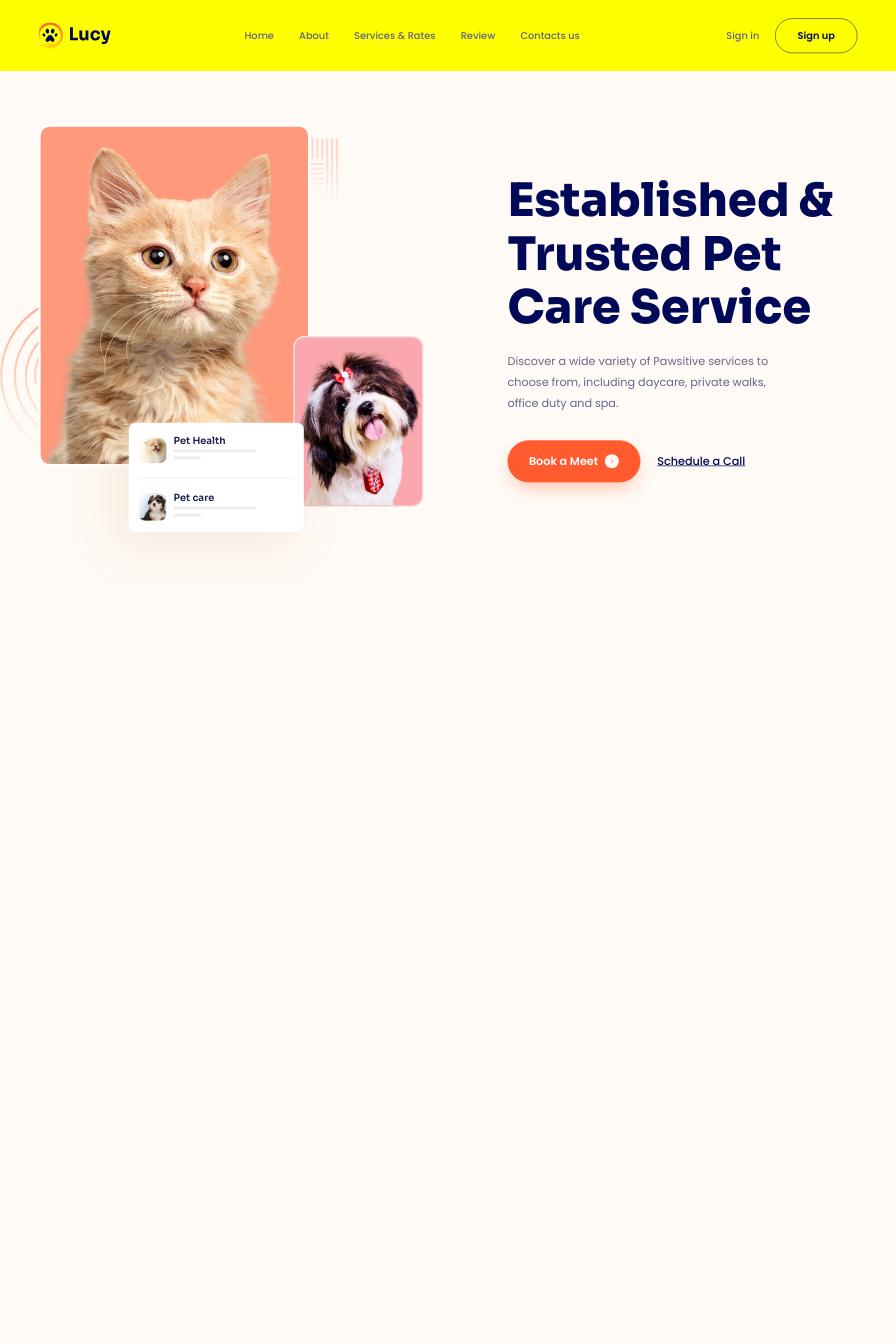
Repository: anhtien111198/f8-htmlcss-04
Page: index.html
The author's editor kept a copy of each file at every save. The page is drawn from the files as they stood at one save, then again after the next save.
The browser window is 1280 px wide. The pictures show the part of the page from y = 0 to 1920 px (the page is 5000 px tall), at 70% of full size.

Above is the page before, as saved 2023-05-17 12:25:34.

### index.html
<!DOCTYPE html>
<html lang="en">
    <head>
        <meta charset="UTF-8" />
        <meta http-equiv="X-UA-Compatible" content="IE=edge" />
        <meta name="viewport" content="width=device-width, initial-scale=1.0" />
        <title>Lucy - Established &amp Trusted Pet Care Service</title>
        <!-- favicon -->
        <link
            rel="apple-touch-icon"
            sizes="57x57"
            href="./assets/favicon/apple-icon-57x57.png"
        />
        <link
            rel="apple-touch-icon"
            sizes="60x60"
            href="./assets/favicon/apple-icon-60x60.png"
        />
        <link
            rel="apple-touch-icon"
            sizes="72x72"
            href="./assets/favicon/apple-icon-72x72.png"
        />
        <link
            rel="apple-touch-icon"
            sizes="76x76"
            href="./assets/favicon/apple-icon-76x76.png"
        />
        <link
            rel="apple-touch-icon"
            sizes="114x114"
            href="./assets/favicon/apple-icon-114x114.png"
        />
        <link
            rel="apple-touch-icon"
            sizes="120x120"
            href="./assets/favicon/apple-icon-120x120.png"
        />
        <link
            rel="apple-touch-icon"
            sizes="144x144"
            href="./assets/favicon/apple-icon-144x144.png"
        />
        <link
            rel="apple-touch-icon"
            sizes="152x152"
            href="./assets/favicon/apple-icon-152x152.png"
        />
        <link
            rel="apple-touch-icon"
            sizes="180x180"
            href="./assets/favicon/apple-icon-180x180.png"
        />
        <link
            rel="icon"
            type="image/png"
            sizes="192x192"
            href="./assets/favicon/android-icon-192x192.png"
        />
        <link
            rel="icon"
            type="image/png"
            sizes="32x32"
            href="./assets/favicon/favicon-32x32.png"
        />
        <link
            rel="icon"
            type="image/png"
            sizes="96x96"
            href="./assets/favicon/favicon-96x96.png"
        />
        <link
            rel="icon"
            type="image/png"
            sizes="16x16"
            href="./assets/favicon/favicon-16x16.png"
        />
        <link rel="manifest" href="./assets/favicon/manifest.json" />
        <meta name="msapplication-TileColor" content="#ffffff" />
        <meta
            name="msapplication-TileImage"
            content="./assets/favicon/ms-icon-144x144.png"
        />
        <meta name="theme-color" content="#ffffff" />
        <!-- reset css-->
        <link rel="stylesheet" href="./assets/css/reset.css" />
        <!-- Embed font family-->
        <link rel="preconnect" href="https://fonts.googleapis.com" />
        <link rel="preconnect" href="https://fonts.gstatic.com" crossorigin />
        <link
            href="https://fonts.googleapis.com/css2?family=Poppins:wght@300;400;500;600&family=Sora:wght@400;500;600;700;800&display=swap"
            rel="stylesheet"
        />
        <!-- style css -->
        <link rel="stylesheet" href="./assets/css/style.css" />
    </head>
    <body style="height: 5000px">
        <!-- header -->
        <header class="header">
            <div class="container">
                <div class="header__inner">
                    <!-- logo -->
                    <img src="./assets/images/logo.svg" alt="" class="logo" />
                    <!-- navbar -->
                    <nav class="navbar">
                        <ul class="navbar__list">
                            <li class="navbar__item">
                                <a href="#!" class="navbar__link">Home</a>
                            </li>
                            <li class="navbar__item">
                                <a href="#!" class="navbar__link">About</a>
                            </li>
                            <li class="navbar__item">
                                <a href="#!" class="navbar__link">
                                    Services &amp Rates
                                </a>
                            </li>
                            <li class="navbar__item">
                                <a href="#!" class="navbar__link">Review</a>
                            </li>
                            <li class="navbar__item">
                                <a href="#!" class="navbar__link">
                                    Contacts us
                                </a>
                            </li>
                        </ul>
                    </nav>
                    <!-- header action -->
                    <div class="header-action">
                        <a href="#!" class="header-action__link">Sign in</a>
                        <a href="#!" class="header-action__btn btn">Sign up</a>
                    </div>
                </div>
            </div>
        </header>
        <!-- hero -->
        <section class="hero">
            <div class="container">
                <div class="hero__inner">
                    <!-- hero media -->
                    <div class="hero__media">
                        <div class="hero__img-wrap">
                            <img
                                src="./assets/images/pet-01.png"
                                alt=""
                                class="hero__img"
                            />
                            <!-- decorators -->
                            <img
                                src="./assets/images/decor-01.svg"
                                alt=""
                                class="hero__decor hero__decor-left"
                            />
                            <img
                                src="./assets/images/decor-02.svg"
                                alt=""
                                class="hero__decor hero__decor-right"
                            />
                        </div>
                        <div class="hero__img-wrap hero__img-wrap-small">
                            <img
                                src="./assets/images/pet-02.png"
                                alt=""
                                class="hero__img hero__img-small"
                            />
                        </div>
                        <div class="hero__list">
                            <section class="hero-list-item">
                                <img
                                    src="./assets/images/pet-03.png"
                                    alt=""
                                    class="hero-list-item__thumb"
                                />
                                <div class="hero-list-item__info">
                                    <p class="hero-list-item__title">
                                        Pet Health
                                    </p>
                                    <div class="hero-list-item__skeleton"></div>
                                    <div class="hero-list-item__skeleton"></div>
                                </div>
                            </section>
                            <div class="hero-list-item__separate"></div>
                            <section class="hero-list-item">
                                <img
                                    src="./assets/images/pet-04.png"
                                    alt=""
                                    class="hero-list-item__thumb"
                                />
                                <div class="hero-list-item__info">
                                    <p class="hero-list-item__title">
                                        Pet care
                                    </p>
                                    <div class="hero-list-item__skeleton"></div>
                                    <div class="hero-list-item__skeleton"></div>
                                </div>
                            </section>
                        </div>
                    </div>
                    <!-- hero content -->
                    <section class="hero__content">
                        <h1 class="hero__heading">
                            Established &amp Trusted Pet Care Service
                        </h1>
                        <p class="hero__desc">
                            Discover a wide variety of Pawsitive services to
                            choose from, including daycare, private walks,
                            office duty and spa.
                        </p>
                        <div class="hero__row">
                            <a href="#!" class="btn btn--primary hero__cta-btn">
                                Book a Meet
                                <span class="btn__icon">
                                    <svg
                                        width="5"
                                        height="6"
                                        viewBox="0 0 5 6"
                                        fill="none"
                                        xmlns="http://www.w3.org/2000/svg"
                                    >
                                        <path
                                            d="M1.48584 0.5L3.98584 3L1.48584 5.5"
                                            stroke="#FD5056"
                                            stroke-linecap="round"
                                            stroke-linejoin="round"
                                        />
                                    </svg>
                                </span>
                            </a>
                            <a href="#!" class="hero__cta-link">
                                Schedule a Call
                            </a>
                        </div>
                    </section>
                </div>
            </div>
        </section>
    </body>
</html>

### assets/css/style.css
* {
    box-sizing: border-box;
}
:root {
    --primary-color: #ff5b2e;
}
html {
    font-size: 62.5%;
}
body {
    font-size: 1.6rem;
    font-family: "Poppins", sans-serif;
    background: #fffaf5;
}
/* ======================Common=================== */
a {
    text-decoration: none;
}
h1,
h2,
h3,
h4,
h5,
h6 {
    font-family: "Sora", sans-serif;
}
input,
textarea,
button,
select {
    font-size: inherit;
    font-family: inherit;
}
.container {
    width: 1170px;
    max-width: calc(100% - 48px);
    margin: 0 auto;
}
.btn {
    --height: 56px;
    display: inline-flex;
    align-items: center;
    justify-content: center;
    min-width: 130px;
    height: var(--height);
    line-height: var(--height);
    border: 1px solid rgba(0, 9, 88, 0.7);
    border-radius: 99px;
    font-weight: 600;
    font-size: 1.4rem;
    text-align: center;
    color: #000958;
}
.btn:hover {
    opacity: 0.9;
    cursor: pointer;
}
.btn--primary {
    color: #fff;
    background: var(--primary-color);
    border-color: var(--primary-color);
}
.btn__icon {
    display: flex;
    align-items: center;
    justify-content: center;
    margin-left: 10px;
    width: 20px;
    height: 20px;
    border-radius: 50%;
    background: #fffaf5;
}
/* ===========header============== */
.header {
    position: sticky;
    top: -26px;
    z-index: 1;
    padding: 26px 0;
    background: yellow;
}
.header__inner {
    display: flex;
    align-items: center;
    justify-content: space-between;
}
.navbar__list {
    display: flex;
}
.navbar__link,
.header-action__link {
    padding: 8px 18px;
    font-weight: 500;
    font-size: 1.4rem;
    line-height: 1;
    color: #5e6085;
}
.navbar__link:hover {
    color: #000958;
    text-shadow: 1px 0 0 currentColor;
}
.header-action__btn {
    --height: 50px;
    min-width: 118px;
}
/* =======Hero======= */
.hero {
    margin-top: 76px;
}
.hero__inner {
    display: flex;
    align-items: center;
    justify-content: space-between;
    column-gap: 120px;
}
.hero__media {
    display: flex;
    position: relative;
    padding-bottom: 94px;
}
.hero__img-wrap {
    position: relative;
    display: flex;
    align-items: flex-end;
    justify-content: center;
    width: 388px;
    height: 488px;
    background: #fe997b;
    border-radius: 16px;
    border: 3px solid #fff;
}
.hero__img {
    max-width: 100%;
    max-height: 100%;
    border-radius: inherit;
}
.hero__decor {
    position: absolute;
    z-index: -1;
}
.hero__decor-left {
    left: -58px;
    bottom: 10px;
}
.hero__decor-right {
    top: 16px;
    right: -43px;
}
.hero__img-wrap-small {
    align-self: flex-end;
    width: 186px;
    height: 244px;
    margin: 0 0 -58px -24px;
    border: 2px solid #f7dddf;
    background: #faa7ad;
}
.hero__list {
    position: absolute;
    left: 129px;
    bottom: 0;
    width: 250px;
    height: 156px;
    padding: 18px 14px;
    background: #fff;
    box-shadow: -17px 14px 68px -4px rgba(207, 174, 132, 0.25);
    border-radius: 10px;
}
.hero-list-item {
    display: flex;
}
.hero-list-item__thumb {
    width: 40px;
    height: 40px;
    border-radius: 10px;
    object-fit: cover;
}
.hero-list-item__info {
    margin-left: 10px;
}
.hero-list-item__title {
    font-family: "Sora", sans-serif;
    font-weight: 600;
    font-size: 1.4rem;
    line-height: 1;
    color: #181e52;
}
.hero-list-item__skeleton {
    margin-top: 6px;
    width: 118px;
    height: 4px;
    background: #000958;
    opacity: 0.08;
    border-radius: 10px;
}
.hero-list-item__skeleton:last-child {
    width: 39px;
}
.hero-list-item__separate {
    width: 100%;
    height: 2px;
    margin: 20px 0;
    border-radius: 99px;
    background: #f2f2f2;
}
.hero-list-item:nth-child(2) .hero-list-item__thumb {
    background: #c6e2fa;
}
.hero__heading {
    font-weight: 800;
    font-size: 6.6rem;
    line-height: 1.15;
    color: #000958;
}
.hero__desc {
    margin-top: 24px;
    max-width: 391px;
    font-weight: 400;
    font-size: 1.6rem;
    line-height: 1.88;
    color: #656689;
}
.hero__row {
    display: flex;
    align-items: center;
    margin-top: 38px;
}
.hero__cta-btn {
    --height: 60px;
    min-width: 190px;
    font-size: 1.6rem;
    box-shadow: 0px 13px 26px -8px rgba(255, 91, 46, 0.42);
}
.hero__cta-link {
    margin-left: 24px;
    font-weight: 500;
    font-size: 1.6rem;
    line-height: 1;
    text-decoration-line: underline;
    color: #000958;
}

Loaded but not shown: assets/css/reset.css (common file)

After the next save:
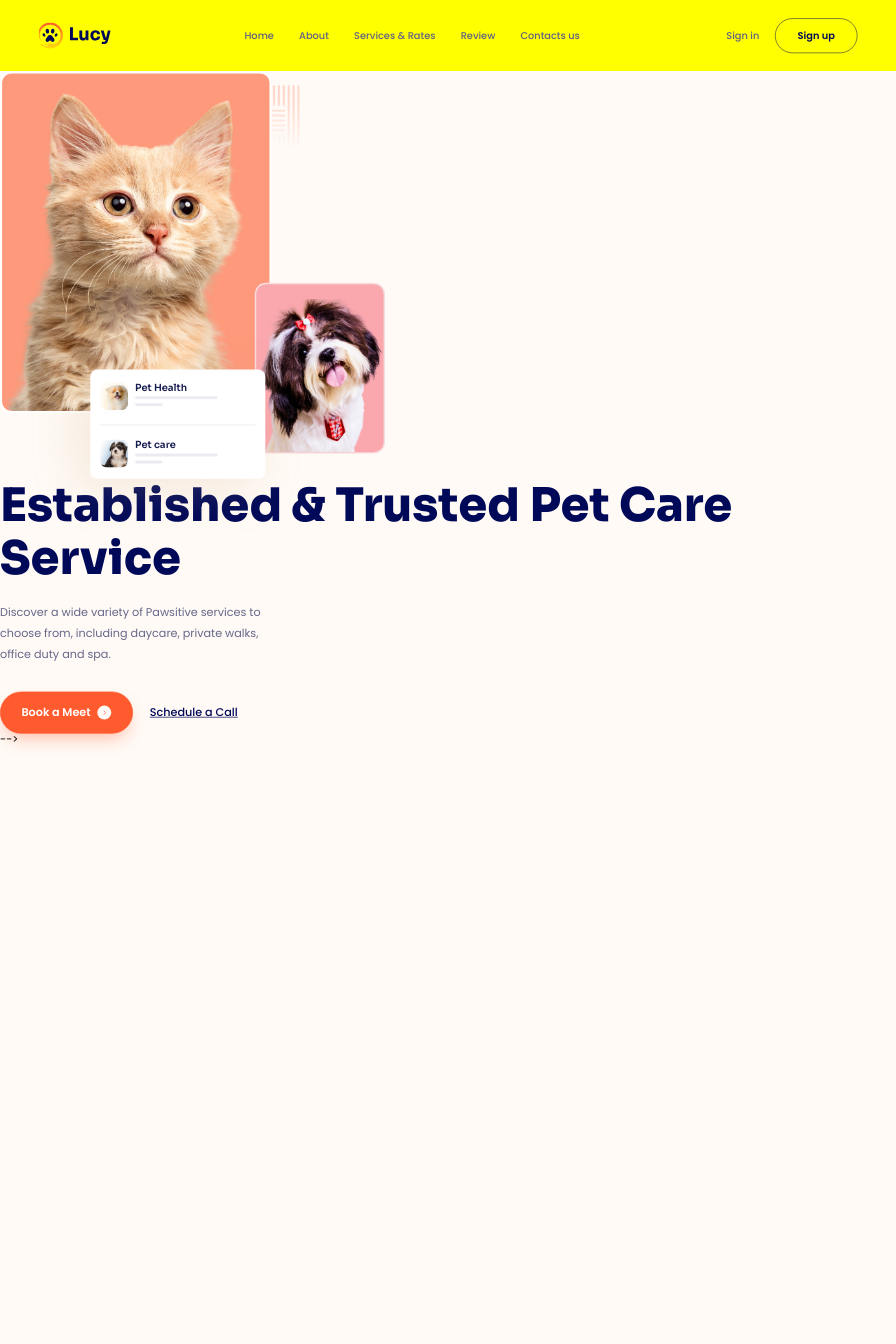
Saved 26 s later.
--- a/index.html
+++ b/index.html
@@ -134,7 +134,7 @@
             </div>
         </header>
         <!-- hero -->
-        <section class="hero">
+        <!-- <section class="hero">
             <div class="container">
                 <div class="hero__inner">
                     <!-- hero media -->
@@ -233,6 +233,6 @@
                     </section>
                 </div>
             </div>
-        </section>
+        </section> -->
     </body>
 </html>
